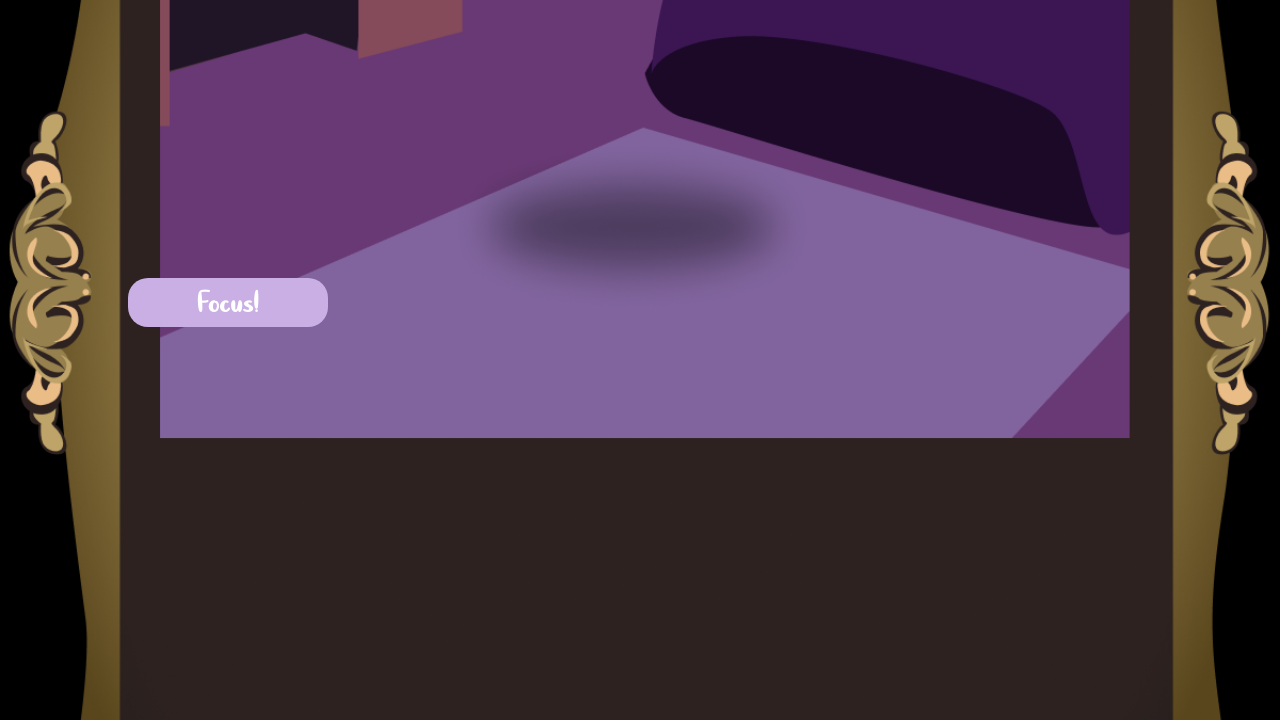
Repository: zhangolivia7/Little-Witch-Alcove
Page: popup.html
These files come from the project's save history. The page is drawn as it stood at one moment and after the next save; the edit follows.
The browser window is 1280 px wide. The pictures show the whole page.

Above is the page before, as saved 2025-11-15 16:15:23.

After the next save:
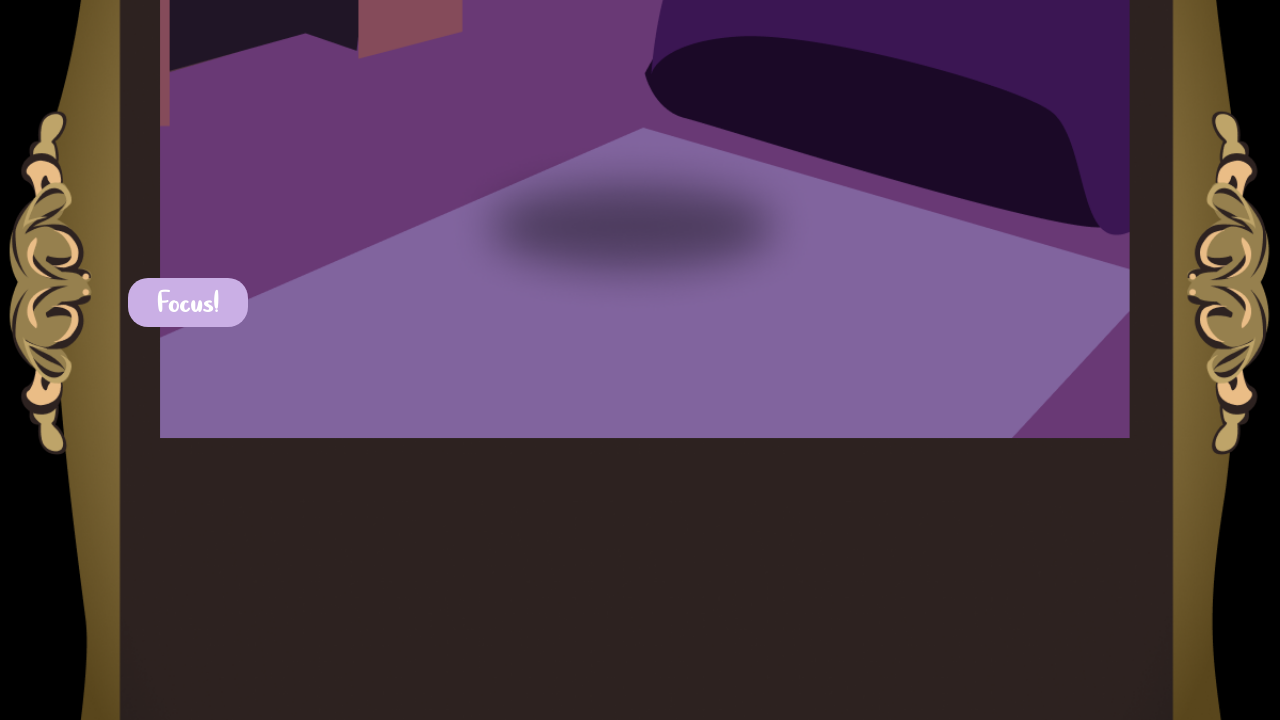
Saved 21 s later.
--- a/popup.css
+++ b/popup.css
@@ -21,10 +21,10 @@ body {
   }
 
   #focus-btn {
-    width: 50%;
+    width: 30%;
     margin-left: 25%;
     margin-top: 250px;
-    padding: 10px 0px 5px 0px;
+    padding: 10px 5px 5px 5px;
     border-radius: 20px;
     background: #CAAFE5;
     color: white;
